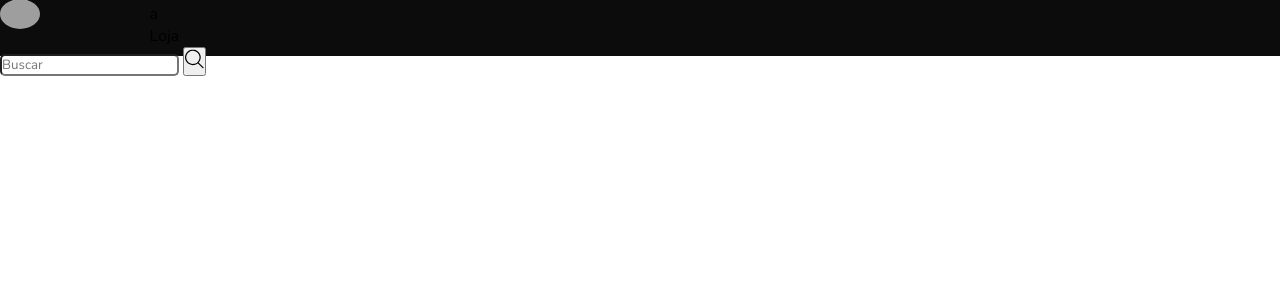
Repository: analessp/dicriastreet
Page: index.html
An editor plug-in stored every save of this project. The page is shown before and after a run of saves, followed by the edit.
The browser window is 1280 px wide. The pictures show the whole page.
Pictures or frames that could not be fetched are drawn as grey boxes.

Above is the page before, as saved 2025-04-17 11:26:19.

### index.html
<!DOCTYPE html>
<html lang="pt-BR">
<head>
    <meta charset="UTF-8">
    <meta name="viewport" content="width=device-width, initial-scale=1.0">
    <link rel="preconnect" href="https://fonts.googleapis.com">
    <link rel="preconnect" href="https://fonts.gstatic.com" crossorigin>
    <link href="https://fonts.googleapis.com/css2?family=Nunito:ital,wght@0,200..1000;1,200..1000&family=Outfit:wght@100..900&display=swap" rel="stylesheet">
    <title>dicriastreet</title>
    <link rel="stylesheet" href="style.css">
</head>
<body>
    <header>
        <nav>
            <nav id="header-nav">
                <img src="/assets/logo.jpg" alt="Logo dicriastreet"
                id="header-logo">
            <ul>
                <li>Home</li>
                <li>Sobre a Loja</li>
                <li>Modelos</li>
                <li>Contatos</li>
            </ul>
        </nav>
        <div id="header-search-bar">
            <input type="text" placeholder="Buscar">
            <button>
                <img src="/assets/search.svg" alt="Imagem de uma lupa">
        </div>
    </header>
    <main></main>
    <footer></footer>
</body>
</html>

### style.css
:root {
    --background-color: #000000;
    --background-color: #ffffff;
    --background-color: #e0e0e0;
    --background-color: #0c0c0c;
}

* {
    margin: 0;
    padding: 0;
    font-family: "Nunito", sans-serif;
}

body {
    height: 100vh;
}

header {
    display: flex;
    align-items: center;
    justify-content: space-between;
    height: 3.5rem;
    background-color: var(--background-color);
    gap: 1.5rem;
    padding: 0,5rem 1.5rem;
}

#header-nav {
    display: flex;
    align-items: center;
    gap: 2rem;
}

#header-logo {
    width: 2.5rem;
    height: fit-content;
    border-radius: 100%;
}

#header-nav ul {
    width: 30%;
    display: flex;
    color: var(--var-font-color);
    list-style: none;
    gap: 2rem;
}

#header-nav ul li:first-child {
    color: var(--secondary-color);
    font-weight: 900;
}

#header-search-bar input {
    border-radius: 5px;

}

After the next 5 saves:
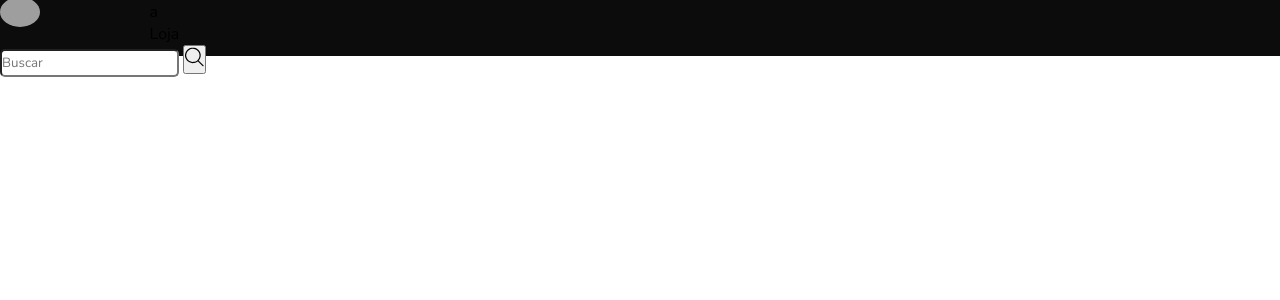
The 5 saves are shown as one change because they came seconds apart.
The last was saved 37 s later.
--- a/style.css
+++ b/style.css
@@ -52,5 +52,7 @@
 
 #header-search-bar input {
     border-radius: 5px;
+    height: 1.5rem;
+    width: ;
 
 }
